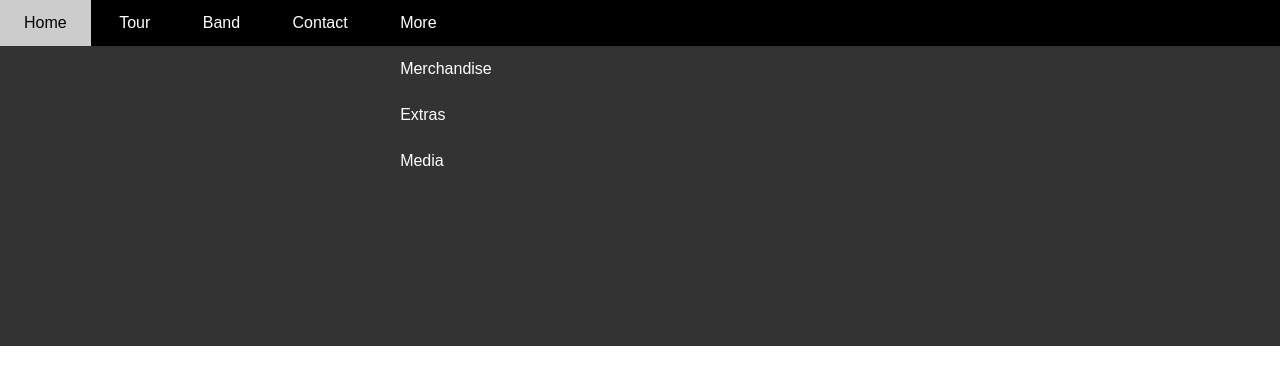
Repository: ducvui2003/LTCB
Page: index.html
An editor plug-in stored every save of this project. The page is shown before and after the next save, followed by the edit.
The browser window is 1280 px wide. The pictures show the whole page.

Above is the page before, as saved 2022-01-04 10:56:43.

After the next save:
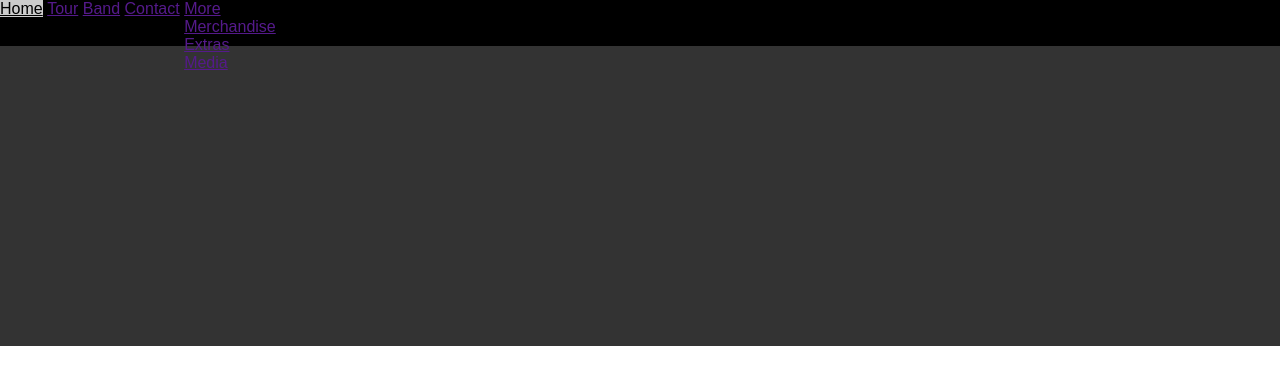
Saved 4 min 13 s later.
--- a/assest/Css/styles.css
+++ b/assest/Css/styles.css
@@ -20,7 +20,7 @@
     position: relative;
 }
 
-#nav li a {
+#nav < li < a {
     color: white;
     text-decoration: none;
     line-height: 46px;

After the save that followed:
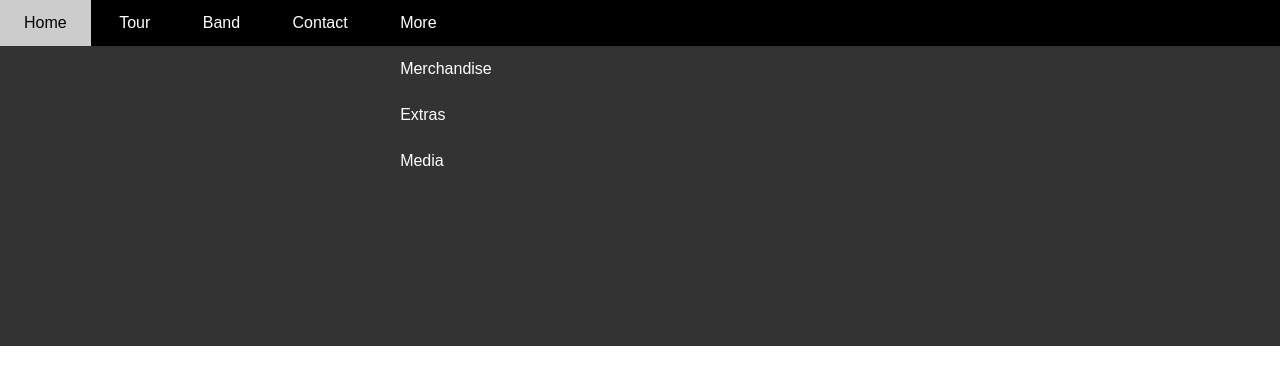
Saved 8 s later.
--- a/assest/Css/styles.css
+++ b/assest/Css/styles.css
@@ -20,7 +20,7 @@
     position: relative;
 }
 
-#nav < li < a {
+#nav li a {
     color: white;
     text-decoration: none;
     line-height: 46px;
